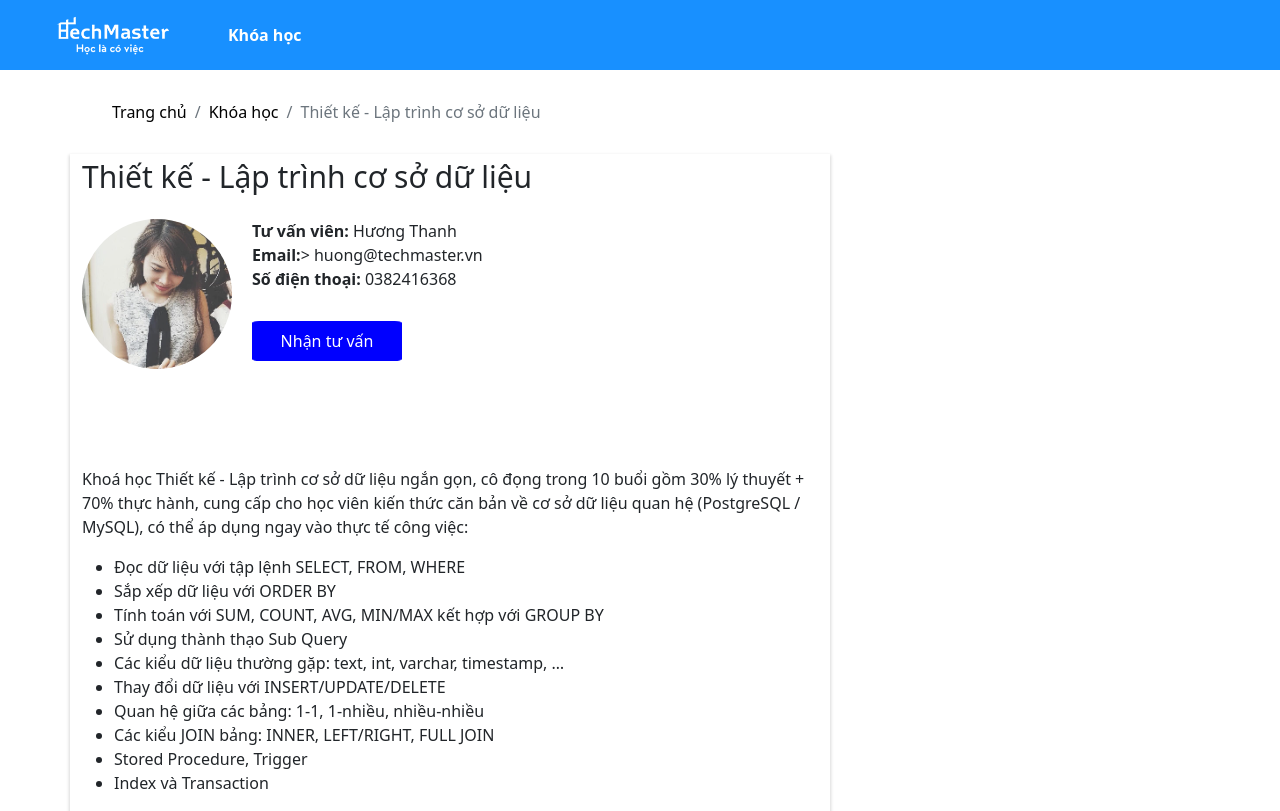
Repository: khanhnahk306/khanhnahk.github.io
Page: Clone_Techmaster/html/database.html
The author's editor kept a copy of each file at every save. The page is drawn from the files as they stood at one save, then again after the next save.
The browser window is 1280 px wide. The pictures show the whole page.

Above is the page before, as saved 2022-06-10 13:34:19.

After the next save:
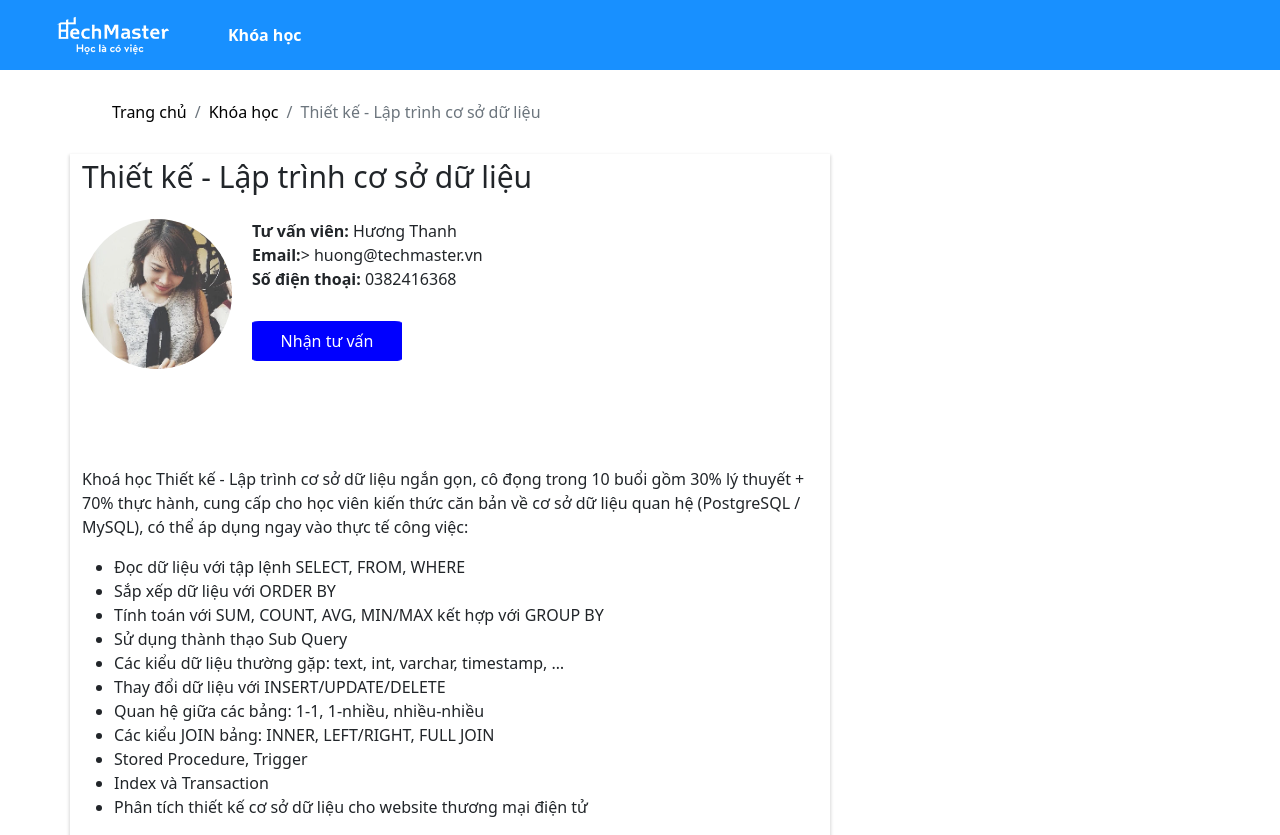
Saved 5 s later.
--- a/Clone_Techmaster/html/database.html
+++ b/Clone_Techmaster/html/database.html
@@ -91,6 +91,7 @@
                         <li>Các kiểu JOIN bảng: INNER, LEFT/RIGHT, FULL JOIN</li>
                         <li>Stored Procedure, Trigger</li>
                         <li>Index và Transaction</li>
+                        <li>Phân tích thiết kế cơ sở dữ liệu cho website thương mại điện tử</li>
                     </ul>
                 </div>
             </div>
